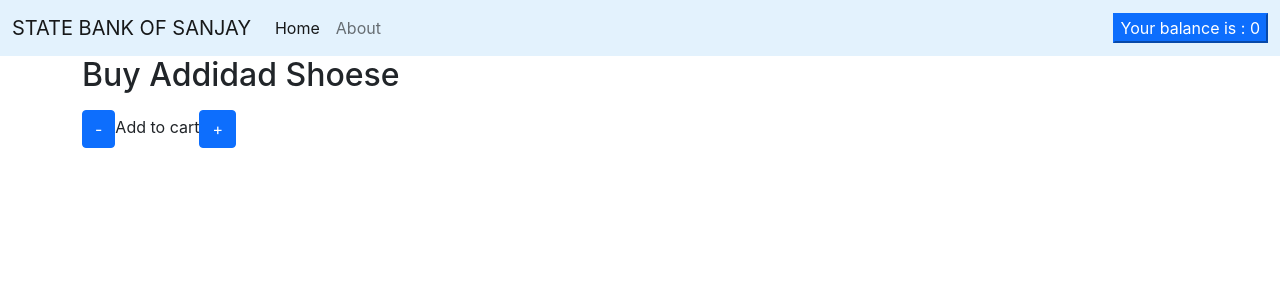
Repository: Sanjayjangra88/online_shop
Page: /products
An editor plug-in stored every save of this project. The page is shown before and after the next save, followed by the edit.
The browser window is 1280 px wide. The pictures show the whole page.
The project was rebuilt for these pictures with package versions that can differ from the ones it lists, and the page was loaded fresh each time. Also part of the build but not shown: src/App.css.

Above is the page before, as saved 2022-03-29 13:34:26.

### public/index.html
<!DOCTYPE html>
<html lang="en">
  <head>
    <meta charset="utf-8" />
    <link rel="icon" href="%PUBLIC_URL%/favicon.ico" />
    <meta name="viewport" content="width=device-width, initial-scale=1" />
    <meta name="theme-color" content="#000000" />
    <meta
      name="description"
      content="Web site created using create-react-app"
    />
    <link rel="apple-touch-icon" href="%PUBLIC_URL%/logo192.png" />
    <!--
      manifest.json provides metadata used when your web app is installed on a
      user's mobile device or desktop. See https://developers.google.com/web/fundamentals/web-app-manifest/
    -->
    <link rel="manifest" href="%PUBLIC_URL%/manifest.json" />
    <link href="https://cdn.jsdelivr.net/npm/bootstrap@5.0.2/dist/css/bootstrap.min.css" rel="stylesheet" integrity="sha384-EVSTQN3/azprG1Anm3QDgpJLIm9Nao0Yz1ztcQTwFspd3yD65VohhpuuCOmLASjC" crossorigin="anonymous">
    <!--
      Notice the use of %PUBLIC_URL% in the tags above.
      It will be replaced with the URL of the `public` folder during the build.
      Only files inside the `public` folder can be referenced from the HTML.

      Unlike "/favicon.ico" or "favicon.ico", "%PUBLIC_URL%/favicon.ico" will
      work correctly both with client-side routing and a non-root public URL.
      Learn how to configure a non-root public URL by running `npm run build`.
    -->
    <title>STATE BANK OF SANJAY</title>
  </head>
  <body>
    <noscript>You need to enable JavaScript to run this app.</noscript>
    <div id="root"></div>
    <script src="https://cdn.jsdelivr.net/npm/bootstrap@5.0.2/dist/js/bootstrap.bundle.min.js" integrity="sha384-MrcW6ZMFYlzcLA8Nl+NtUVF0sA7MsXsP1UyJoMp4YLEuNSfAP+JcXn/tWtIaxVXM" crossorigin="anonymous"></script>
    <!--
      This HTML file is a template.
      If you open it directly in the browser, you will see an empty page.

      You can add webfonts, meta tags, or analytics to this file.
      The build step will place the bundled scripts into the <body> tag.

      To begin the development, run `npm start` or `yarn start`.
      To create a production bundle, use `npm run build` or `yarn build`.
    -->

  </body>
</html>

### src/App.js

import './App.css';
import Navbar from './components/Navbar';
import Shop from './components/Shop';

function App() {
  return (
    <>
    <Navbar/>
    <div className="container">

     <Shop/>
    </div>
    </>
  );
}

export default App;

### src/components/Navbar.js
import React from 'react'

const Navbar = () => {
    return (
        <div>
            <nav className="navbar navbar-expand-lg navbar-light" style={{ backgroundColor: "#e3f2fd" }}>
                <div className="container-fluid">
                    <a className="navbar-brand" href="/">STATE BANK OF SANJAY</a>
                    <button className="navbar-toggler" type="button" data-bs-toggle="collapse" data-bs-target="#navbarSupportedContent" aria-controls="navbarSupportedContent" aria-expanded="false" aria-label="Toggle navigation">
                        <span className="navbar-toggler-icon"></span>
                    </button>
                    <div className="collapse navbar-collapse" id="navbarSupportedContent">
                        <ul className="navbar-nav me-auto mb-2 mb-lg-0">
                            <li className="nav-item">
                                <a className="nav-link active" aria-current="page" href="/">Home</a>
                            </li>
                            <li className="nav-item">
                                <a className="nav-link" href="/about">About</a>
                            </li>



                        </ul>
                        <div>
                            <button disabled={true} className="btn-primary">Your balance is : 0</button>
                        </div>
                    </div>
                </div>
            </nav>
        </div>
    )
}

export default Navbar

### src/components/Shop.js
import React from 'react'

const Shop = () => {
  return (
    <div>
        <h2>Buy Addidad Shoese</h2>
      <button className="btn btn-primary my-2">-</button>
       Add to  cart
      <button className="btn btn-primary my-2">+</button>
    </div>
  )
}

export default Shop

Loaded but not shown: src/index.js (common file); src/index.css (common file); src/reportWebVitals.js (common file)

After the next save:
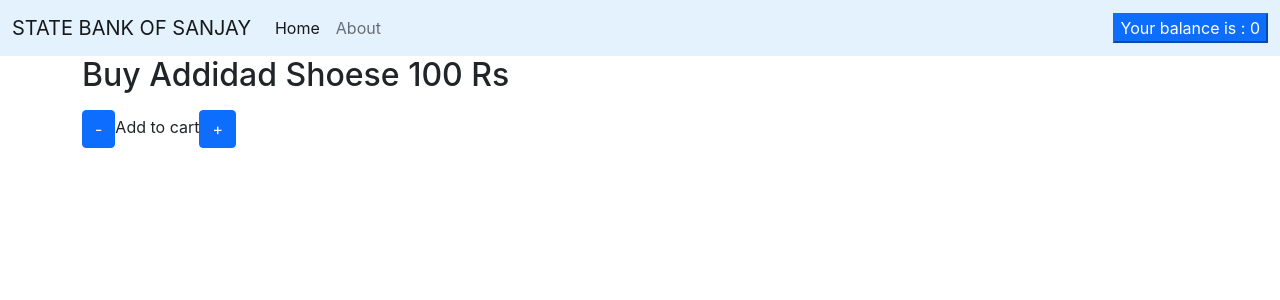
Saved 27 s later.
--- a/src/components/Shop.js
+++ b/src/components/Shop.js
@@ -3,7 +3,7 @@
 const Shop = () => {
   return (
     <div>
-        <h2>Buy Addidad Shoese</h2>
+        <h2>Buy Addidad Shoese 100 Rs</h2>
       <button className="btn btn-primary my-2">-</button>
        Add to  cart
       <button className="btn btn-primary my-2">+</button>
